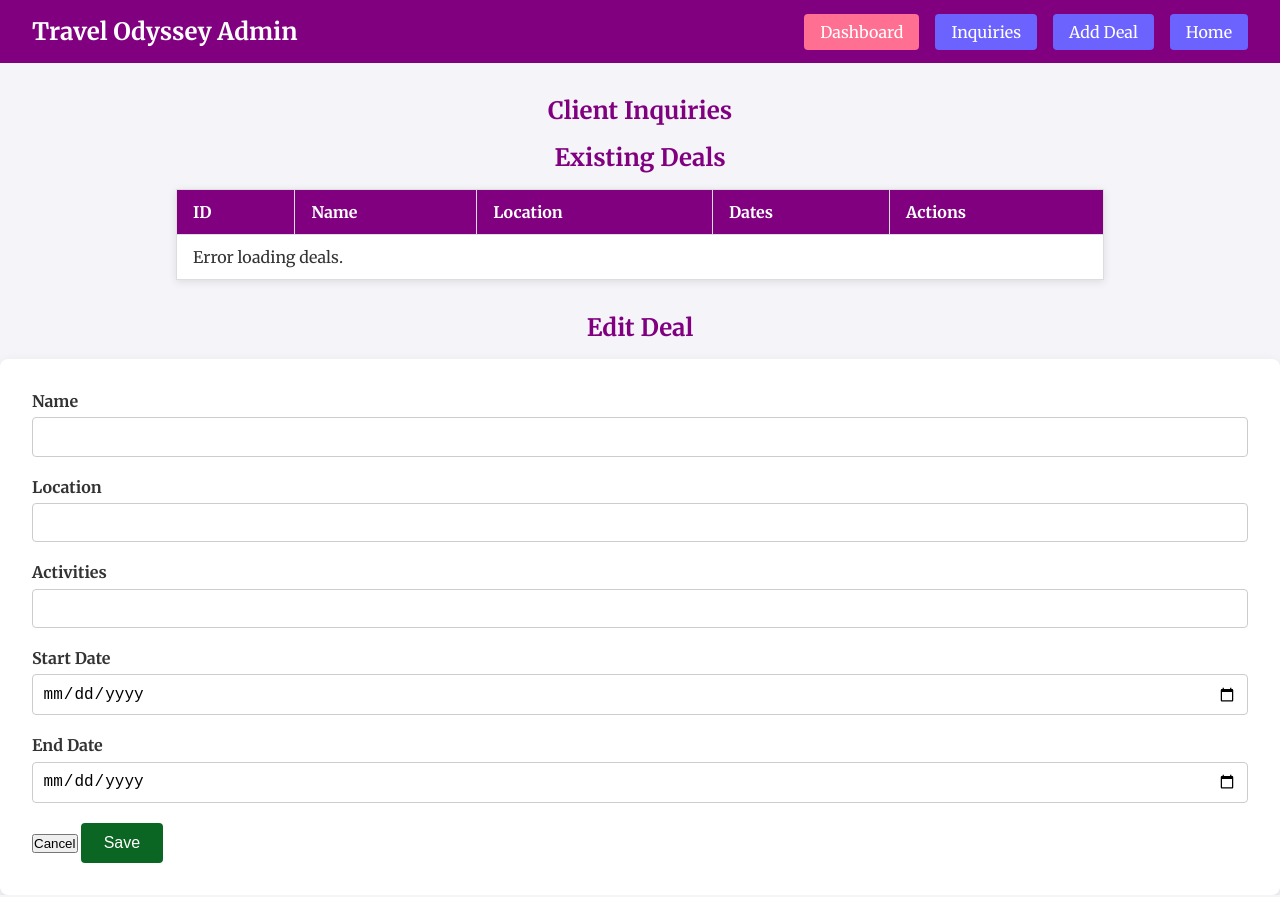
Repository: GHzPhoenix/Project-Odyssey
Page: Frontend/admin.html
An editor plug-in stored every save of this project. The page is shown before and after the next save, followed by the edit.
The browser window is 1280 px wide. The pictures show the whole page.
The page's requests for data from a server got no answer.

Above is the page before, as saved 2025-06-09 00:03:40.

### Frontend/admin.html
<!DOCTYPE html>
<html lang="en">
  <head>
    <meta charset="UTF-8" />
    <meta name="viewport" content="width=device-width,initial-scale=1.0" />
    <title>Admin Dashboard – Travel Odyssey</title>
    <link rel="stylesheet" href="/Frontend/css/admin.css" />
  </head>
  <body>
    <header>
      <nav>
        <div class="logo">Travel Odyssey Admin</div>
        <ul>
          <li><a href="admin.html" class="active">Dashboard</a></li>
          <li><a href="inquiries.html">Inquiries</a></li>
          <li><a href="add-deal.html">Add Deal</a></li>
          <li><a href="index.html">Home</a></li>
        </ul>
      </nav>
    </header>

    <main>
      <h2 class="section">Client Inquiries</h2>
      <table id="inquiries-table">
        <!-- unchanged… -->
      </table>

      <h2 class="section">Existing Deals</h2>
      <table id="deals-table">
        <thead>
          <tr>
            <th>ID</th>
            <th>Name</th>
            <th>Location</th>
            <th>Dates</th>
            <th>Actions</th>
          </tr>
        </thead>
        <tbody>
          <tr>
            <td colspan="5">Loading…</td>
          </tr>
        </tbody>
      </table>
    </main>

    <!-- modal for edit -->
    <div id="deal-modal" class="modal-overlay">
      <div class="modal">
        <h2>Edit Deal</h2>
        <form id="modal-form">
          <div class="input-group">
            <label>Name</label>
            <input type="text" name="name" required />
          </div>
          <div class="input-group">
            <label>Location</label>
            <input type="text" name="location" required />
          </div>
          <div class="input-group">
            <label>Activities</label>
            <input type="text" name="activities" required />
          </div>
          <div class="input-group">
            <label>Start Date</label>
            <input type="date" name="start_date" required />
          </div>
          <div class="input-group">
            <label>End Date</label>
            <input type="date" name="end_date" required />
          </div>
          <div class="modal-actions">
            <button type="button" id="modal-cancel">Cancel</button>
            <button type="submit" id="modal-save">Save</button>
          </div>
        </form>
      </div>
    </div>

    <script>
      const token = localStorage.getItem("token") || "";
      let deals = [];

      async function fetchJSON(url, opts = {}) {
        opts.headers = {
          ...(opts.headers || {}),
          Authorization: "Bearer " + token,
          "Content-Type": "application/json",
        };
        const res = await fetch(url, opts);
        if (!res.ok) throw await res.json();
        return res.json();
      }

      // load deals into table
      async function loadDealsTable() {
        try {
          deals = await fetchJSON("http://127.0.0.1:5001/api/deals");
          const tbody = document.querySelector("#deals-table tbody");
          if (!deals.length) {
            tbody.innerHTML = "<tr><td colspan='5'>No deals yet.</td></tr>";
          } else {
            tbody.innerHTML = deals
              .map((d) => {
                const from = new Date(d.start_date).toLocaleDateString();
                const to = new Date(d.end_date).toLocaleDateString();
                return `
              <tr data-id="${d.id}">
                <td>${d.id}</td>
                <td>${d.name}</td>
                <td>${d.location}</td>
                <td>${from} – ${to}</td>
                <td>
                  <button class="action edit-deal">Edit</button>
                  <button class="action delete-deal">Delete</button>
                </td>
              </tr>`;
              })
              .join("");
          }
        } catch {
          document.querySelector("#deals-table tbody").innerHTML =
            "<tr><td colspan='5'>Error loading deals.</td></tr>";
        }
      }

      document.addEventListener("DOMContentLoaded", () => {
        loadDealsTable();

        // modal elements
        const overlay = document.getElementById("deal-modal");
        const form = document.getElementById("modal-form");
        const cancelBtn = document.getElementById("modal-cancel");

        let editingId = null;

        // delegate edit / delete buttons
        document
          .getElementById("deals-table")
          .addEventListener("click", async (e) => {
            const tr = e.target.closest("tr");
            if (!tr) return;
            const id = tr.dataset.id;

            // EDIT
            if (e.target.matches(".edit-deal")) {
              editingId = id;
              const deal = deals.find((d) => d.id == id);
              // populate form
              form.name.value = deal.name;
              form.location.value = deal.location;
              form.activities.value = deal.activities;
              form.start_date.value = deal.start_date;
              form.end_date.value = deal.end_date;
              overlay.classList.add("active");
            }

            // DELETE
            if (e.target.matches(".delete-deal")) {
              if (!confirm("Delete this deal?")) return;
              try {
                await fetchJSON(`http://127.0.0.1:5001/api/deals/${id}`, {
                  method: "DELETE",
                });
                loadDealsTable();
                alert("Deal deleted.");
              } catch (err) {
                alert(err.error || "Delete failed");
              }
            }
          });

        // cancel
        cancelBtn.onclick = () => overlay.classList.remove("active");

        // save edits
        form.onsubmit = async (ev) => {
          ev.preventDefault();
          const body = {
            name: form.name.value.trim(),
            location: form.location.value.trim(),
            activities: form.activities.value.trim(),
            start_date: form.start_date.value,
            end_date: form.end_date.value,
          };
          try {
            await fetchJSON(`http://127.0.0.1:5001/api/deals/${editingId}`, {
              method: "PUT",
              body: JSON.stringify(body),
            });
            overlay.classList.remove("active");
            await loadDealsTable();
            alert("Deal updated.");
          } catch (err) {
            alert(err.error || "Update failed");
          }
        };
      });
    </script>
  </body>
</html>

### Frontend/css/admin.css
@import url("https://fonts.googleapis.com/css2?family=Merriweather:wght@300;400;700&display=swap");

* {
  box-sizing: border-box;
  margin: 0;
  padding: 0;
}

body {
  font-family: "Merriweather", serif;
  background: #f4f4f9;
  color: #333;
}
.action {
  background: #6c63ff;
  color: white;
  border: none;
  padding: 0.4rem 0.8rem;
  border-radius: 4px;
  cursor: pointer;
  font-size: 0.9rem;
  transition: background 0.2s ease;
}
.action:hover {
  background: #5950d4;
}

header nav {
  background: purple;
  padding: 1rem 2rem;
  display: flex;
  align-items: center;
  justify-content: space-between;
}

header nav .logo {
  color: white;
  font-size: 1.5rem;
  font-weight: bold;
}

header nav ul {
  list-style: none;
  display: flex;
  gap: 1rem;
}

header nav a {
  color: white;
  text-decoration: none;
  padding: 0.5rem 1rem;
  background: #6c63ff;
  border-radius: 4px;
  transition: background 0.2s;
}

header nav a.active,
header nav a:hover {
  background: #ff6f91;
}

main {
  max-width: 960px;
  margin: 2rem auto;
  padding: 0 1rem;
}

h1,
h2 {
  color: purple;
  margin-bottom: 1rem;
  text-align: center;
}

form {
  background: white;
  padding: 2rem;
  border-radius: 8px;
  box-shadow: 0 4px 12px rgba(0, 0, 0, 0.1);
}

form .input-group {
  margin-bottom: 1.25rem;
}

form label {
  display: block;
  margin-bottom: 0.4rem;
  font-weight: 600;
}

form input[type="text"],
form input[type="date"],
form textarea {
  width: 100%;
  padding: 0.6rem;
  border: 1px solid #ccc;
  border-radius: 4px;
  font-size: 1rem;
}

form textarea {
  resize: vertical;
  min-height: 80px;
}

.file-input-label {
  display: inline-block;
  padding: 0.5rem 1rem;
  background: #007bff;
  color: white;
  border-radius: 4px;
  cursor: pointer;
  font-size: 0.9rem;
}

#file-chosen {
  margin-left: 0.5rem;
  font-size: 0.9rem;
  vertical-align: middle;
  color: #555;
}

input[type="file"] {
  display: none;
}

button[type="submit"] {
  background: #0b6623;
  color: white;
  padding: 0.7rem 1.4rem;
  border: none;
  border-radius: 4px;
  font-size: 1rem;
  cursor: pointer;
}

button[type="submit"]:hover {
  background: #095a1a;
}

#deal-message,
#inquiry-message {
  margin-top: 0.75rem;
  font-size: 0.9rem;
}

#deal-message.error,
#inquiry-message.error {
  color: #b00020;
}

#deal-message.success,
#inquiry-message.success {
  color: #0b6623;
}

table {
  width: 100%;
  border-collapse: collapse;
  background: white;
  margin-top: 1rem;
  box-shadow: 0 2px 8px rgba(0, 0, 0, 0.1);
}

th,
td {
  padding: 0.75rem 1rem;
  border: 1px solid #ddd;
  text-align: left;
}

th {
  background: purple;
  color: white;
  font-weight: 600;
}

tr:nth-child(even) td {
  background: #f9f9ff;
}

.inquiry-actions button {
  background: #6c63ff;
  color: white;
  border: none;
  padding: 0.4rem 0.8rem;
  border-radius: 4px;
  cursor: pointer;
  font-size: 0.9rem;
  margin-right: 0.5rem;
}

.inquiry-actions button:hover {
  background: #5950d4;
}

.deal-card {
  background: white;
  border-radius: 8px;
  box-shadow: 0 2px 8px rgba(0, 0, 0, 0.1);
  overflow: hidden;
  margin: 1rem 0;
  display: flex;
}

.deal-card img {
  width: 120px;
  object-fit: cover;
}

.deal-card-body {
  padding: 1rem;
  flex: 1;
}

.deal-card-body h3 {
  margin-bottom: 0.5rem;
}

.deal-card-body p {
  margin-bottom: 0.5rem;
}

.deal-card-body .card-button {
  background: #6c63ff;
  color: white;
  padding: 0.4rem 0.8rem;
  border-radius: 4px;
  text-decoration: none;
}

.deal-card-body .card-button:hover {
  background: #5950d4;
}

.button-link {
  display: inline-block;
  margin-top: 1.5rem;
  color: #6c63ff;
  text-decoration: underline;
}

After the next save:
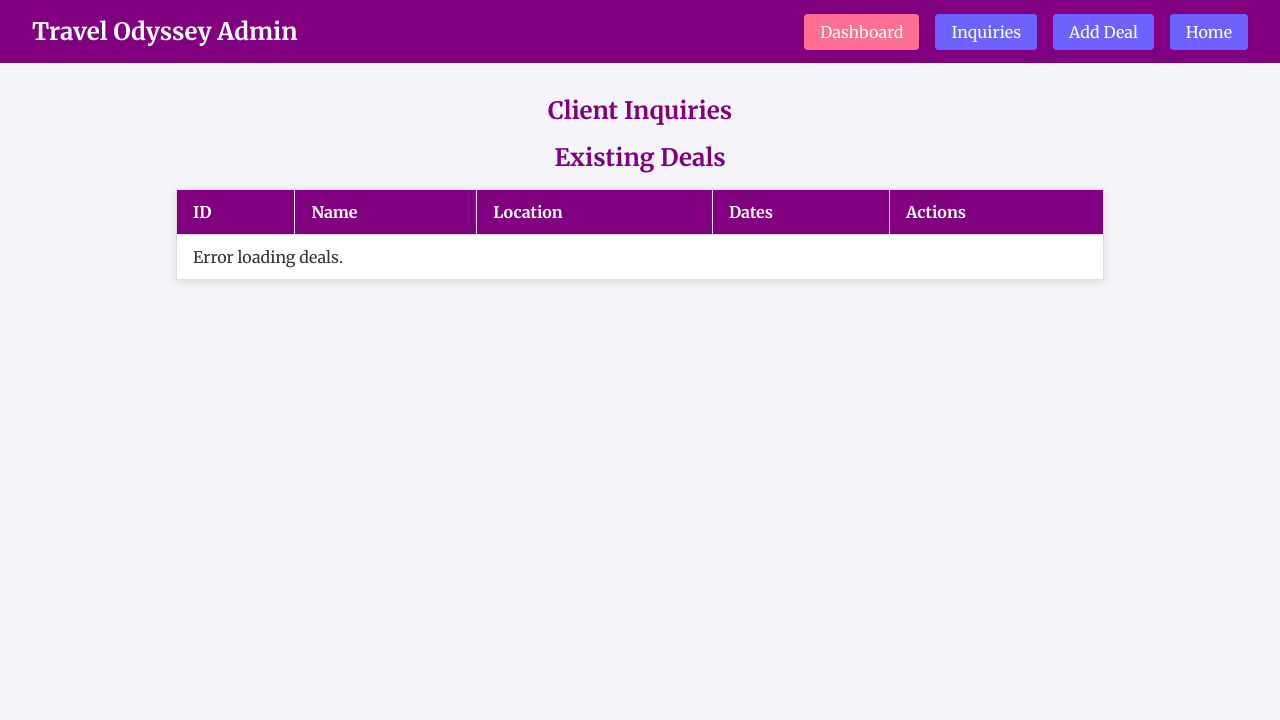
Saved 14 s later.
--- a/Frontend/css/admin.css
+++ b/Frontend/css/admin.css
@@ -22,6 +22,69 @@ body {
   transition: background 0.2s ease;
 }
 .action:hover {
+  background: #5950d4;
+}
+/* modal overlay */
+.modal-overlay {
+  display: none;
+  position: fixed;
+  inset: 0;
+  background: rgba(0, 0, 0, 0.6);
+  align-items: center;
+  justify-content: center;
+  z-index: 1000;
+}
+.modal-overlay.active {
+  display: flex;
+}
+.modal {
+  background: #fff;
+  padding: 2rem;
+  border-radius: 8px;
+  width: 90%;
+  max-width: 400px;
+  box-shadow: 0 2rem 4rem rgba(0, 0, 0, 0.2);
+}
+.modal h2 {
+  margin-bottom: 1rem;
+  color: purple;
+}
+.modal .input-group {
+  margin-bottom: 1rem;
+}
+.modal label {
+  display: block;
+  margin-bottom: 0.4rem;
+  font-weight: 600;
+}
+.modal input[type="text"],
+.modal input[type="date"] {
+  width: 100%;
+  padding: 0.5rem;
+  border: 1px solid #ccc;
+  border-radius: 4px;
+}
+
+/* reuse your button styles */
+.modal-actions {
+  text-align: right;
+  margin-top: 1rem;
+}
+.modal-actions button {
+  background: #6c63ff;
+  color: #fff;
+  border: none;
+  padding: 0.5rem 1rem;
+  border-radius: 4px;
+  cursor: pointer;
+  margin-left: 0.5rem;
+  transition: background 0.2s;
+}
+.modal-actions button#modal-cancel {
+  background: #ccc;
+  color: #333;
+}
+.modal-actions button:hover {
   background: #5950d4;
 }
 
